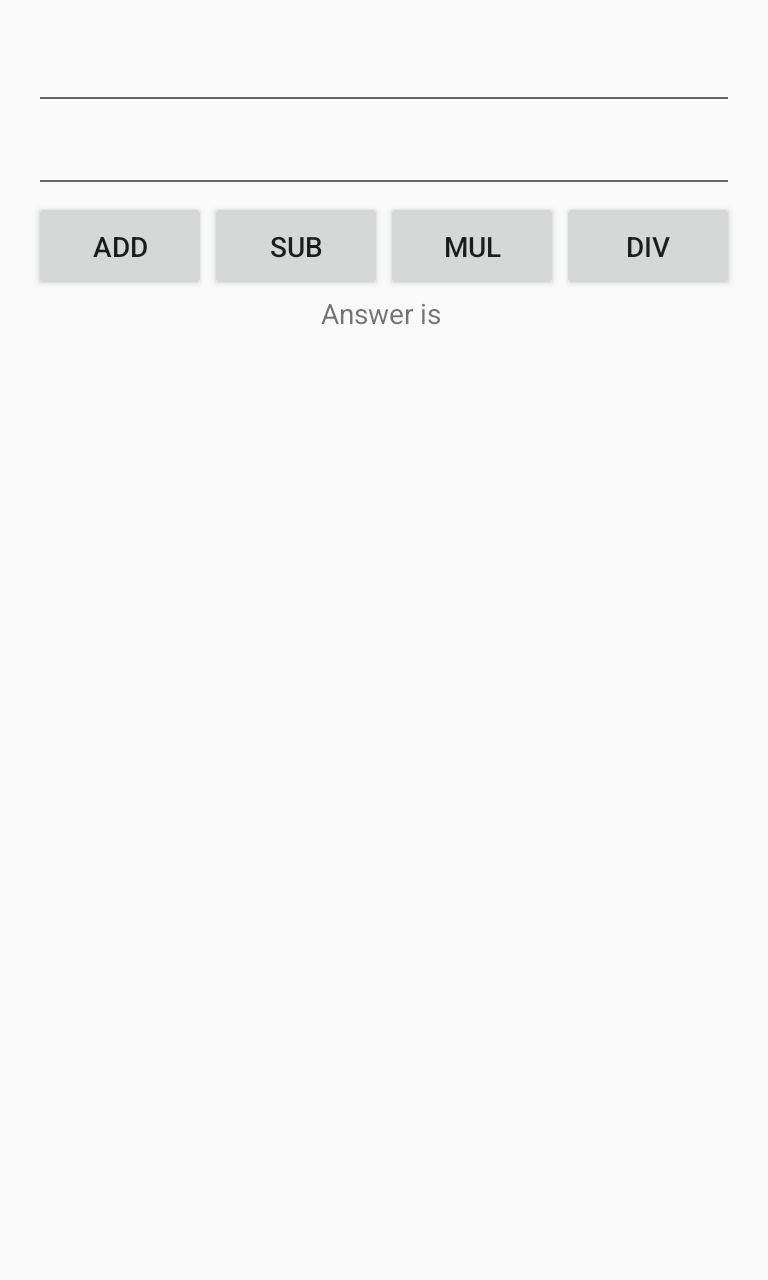
Repository: tamilkarun/Android
Layout: Calc/res/layout/fragment_main.xml
These files come from the project's save history. The layout is drawn as it stood at one moment and after the next save; the edit follows.
It is drawn on a 768 x 1280 px phone screen (xhdpi) without system bars, with theme AppTheme; the app's code is not run.

Above is the layout before, as saved 2014-05-11 10:07:58.

After the next save:
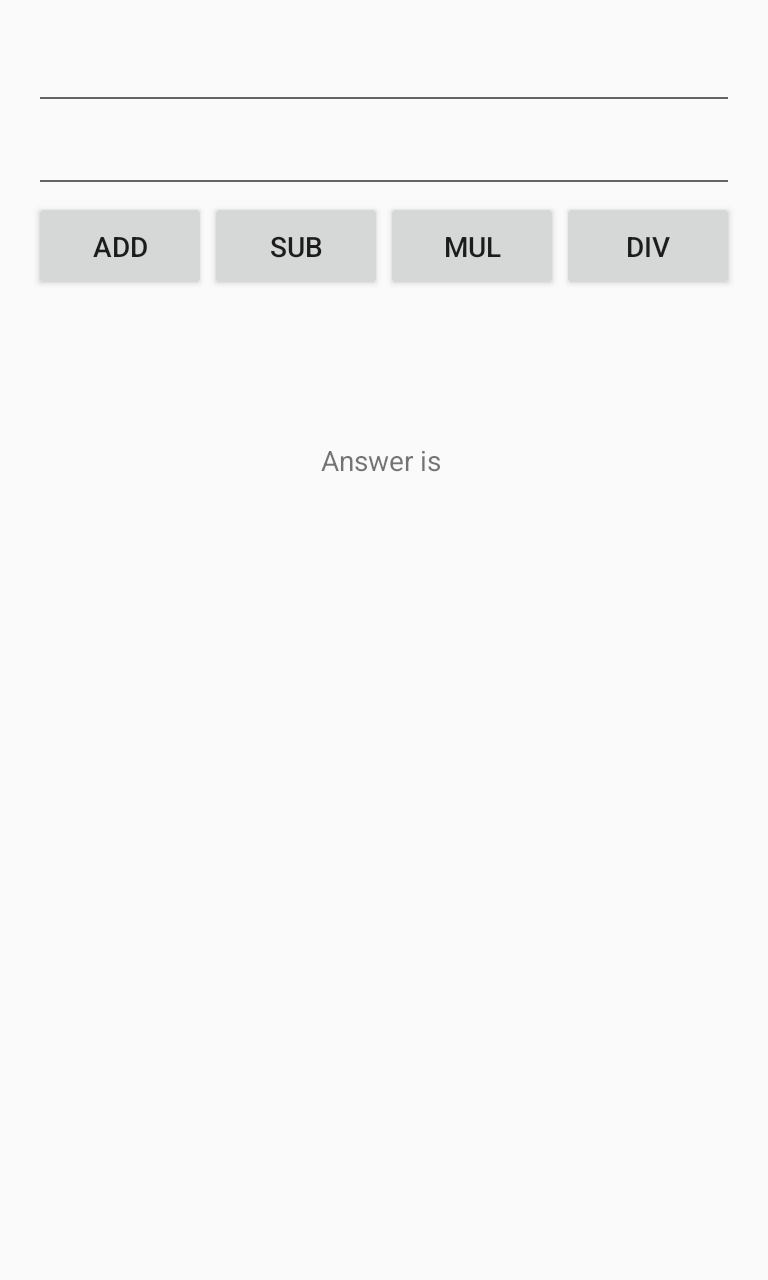
Saved 2 days later.
--- a/Calc/res/layout/fragment_main.xml
+++ b/Calc/res/layout/fragment_main.xml
@@ -59,6 +59,22 @@
             android:layout_width="wrap_content"
             android:layout_height="wrap_content"
             android:text="Div" />
+		<LinearLayout
+		    android:layout_width="fill_parent"
+        	android:layout_height="wrap_content"
+        	android:orientation="horizontal">
+        <Button
+            android:id="@+id/AnswerButton"
+            android:layout_width="wrap_content"
+            android:layout_height="wrap_content"
+            android:text="Answer" />
+        <Button
+            android:id="@+id/ClearButton"
+            android:layout_width="wrap_content"
+            android:layout_height="wrap_content"
+            android:text="Clear" />
+
+        </LinearLayout>
         <!-- <EditText -->
         <!-- android:id="@+id/Result" -->
         <!-- android:layout_width="wrap_content" -->
